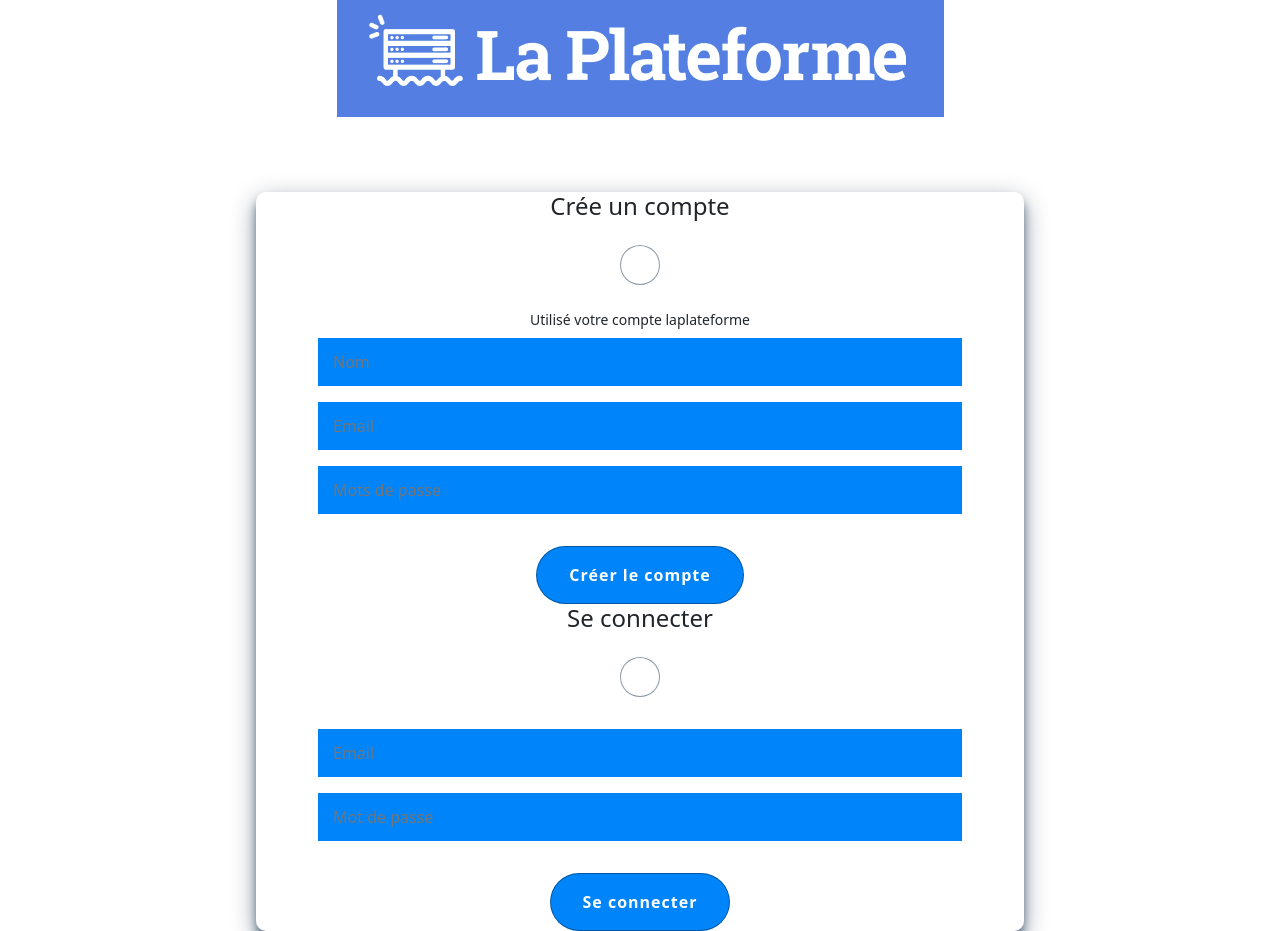
Repository: karim-sebih/runtrackJs
Page: bigjob/index.html
An editor plug-in stored every save of this project. The page is shown before and after a run of saves, followed by the edit.
The browser window is 1280 px wide. The pictures show the whole page.

Above is the page before, as saved 2025-03-20 11:50:11.

After the next 3 saves:
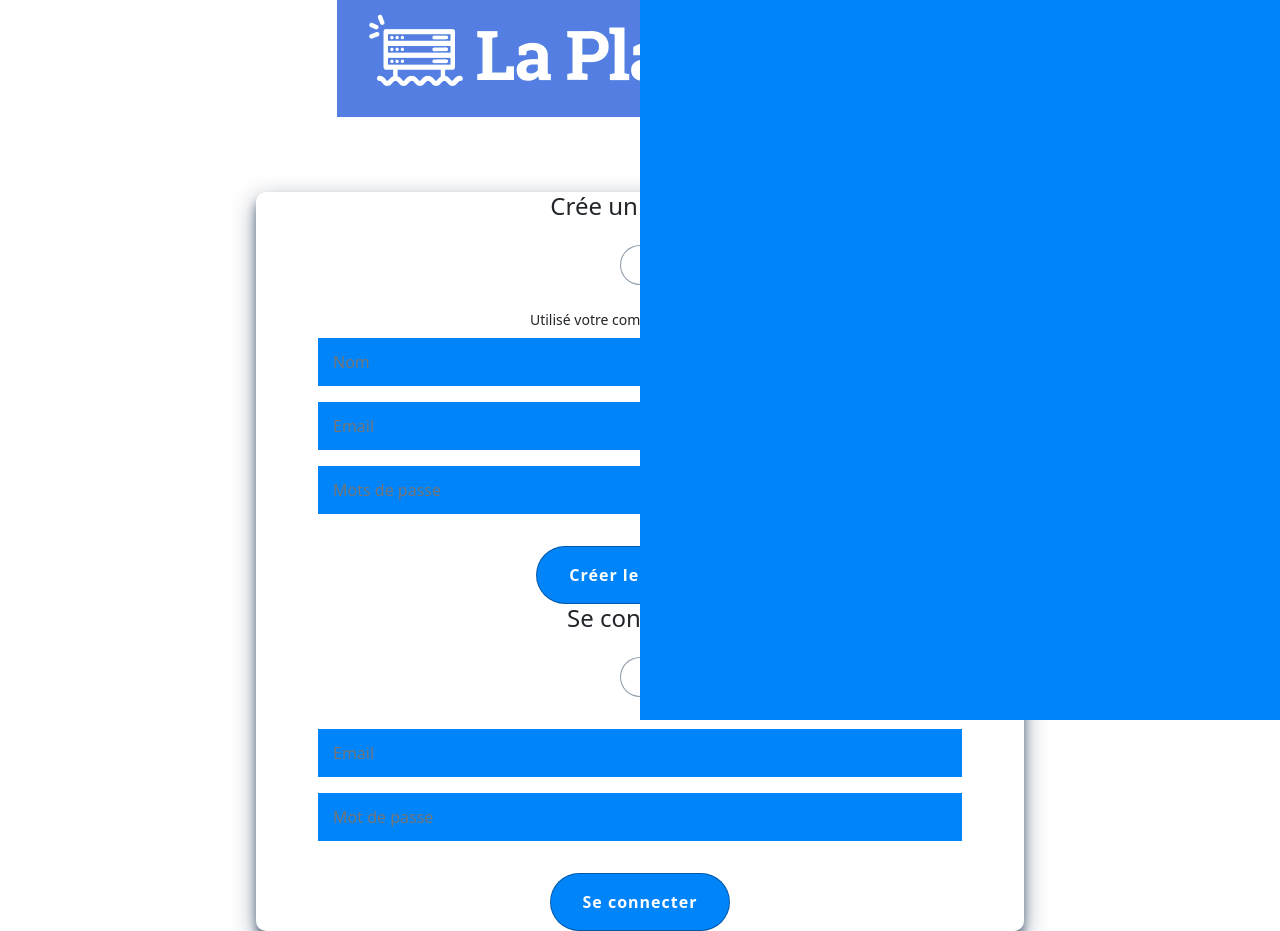
The 3 saves are shown as one change because they came seconds apart.
The last was saved 7 s later.
--- a/bigjob/index.html
+++ b/bigjob/index.html
@@ -44,6 +44,22 @@
     </form>
 </div>
     </div>
+    <div class="overlay-container">
+        <div class="overlay">
+            <div class="overlay-panel overlay-left">
+                <h1>Lorem ipsum dolor sit amet consectetur.</h1>
+                <p>Lorem ipsum dolor sit amet consectetur, adipisicing elit.</p>
+                <button class="ghost" id="login">Se connecter</button>
+            </div>
+            <div class="overlay-panel overlay-right">
+                <h1>Lorem ipsum dolor sit amet consectetur.</h1>
+                <p>Lorem ipsum dolor sit amet consectetur, adipisicing elit. </p>
+                <button class="ghost" id="signUp">Creer un compte</button>
+            </div>
+        </div>
+    </div>
+
+
  </div>
 
 
